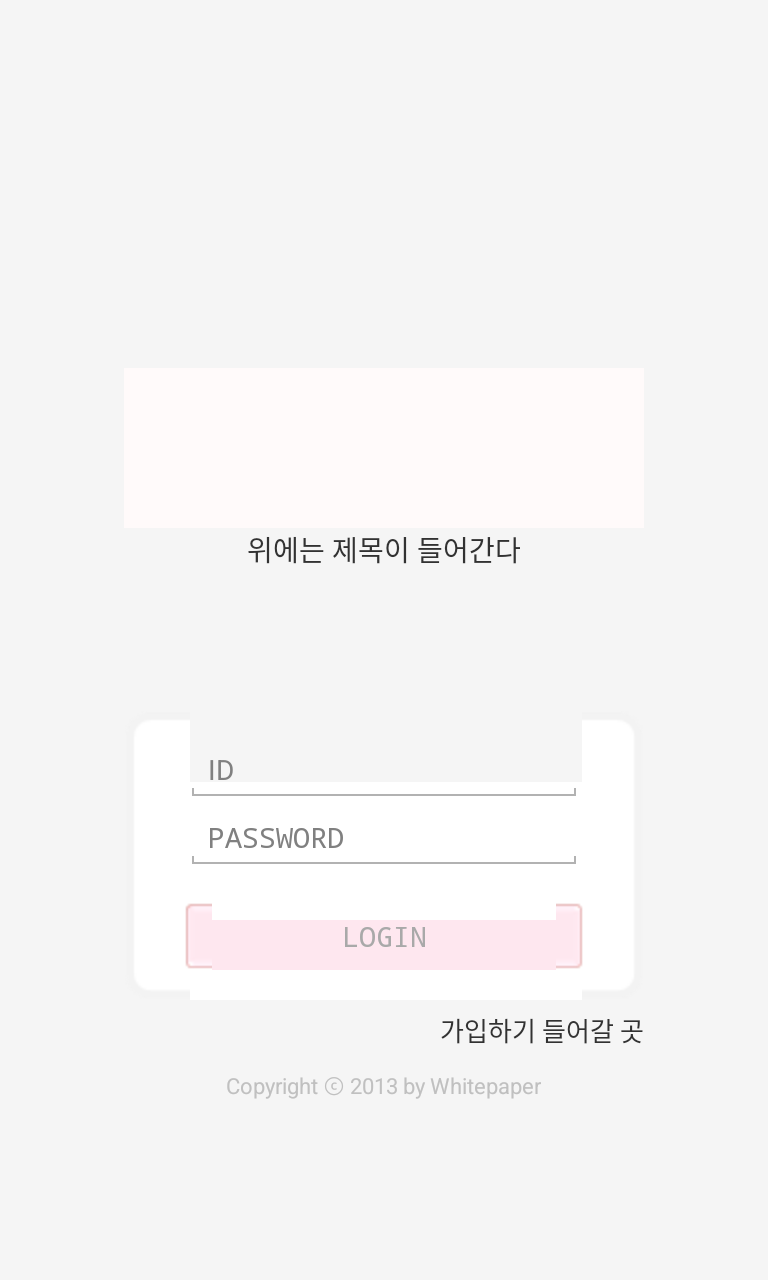
Repository: blacky512/smart_morning_call
Layout: client/SmartMorningCall/res/layout/activity_main.xml
An editor plug-in stored every save of this project. The layout is shown before and after the next save, followed by the edit.
It is drawn on a 768 x 1280 px phone screen (xhdpi) without system bars, with theme AppTheme; the app's code is not run.

Above is the layout before, as saved 2013-02-14 15:57:20.

After the next save:
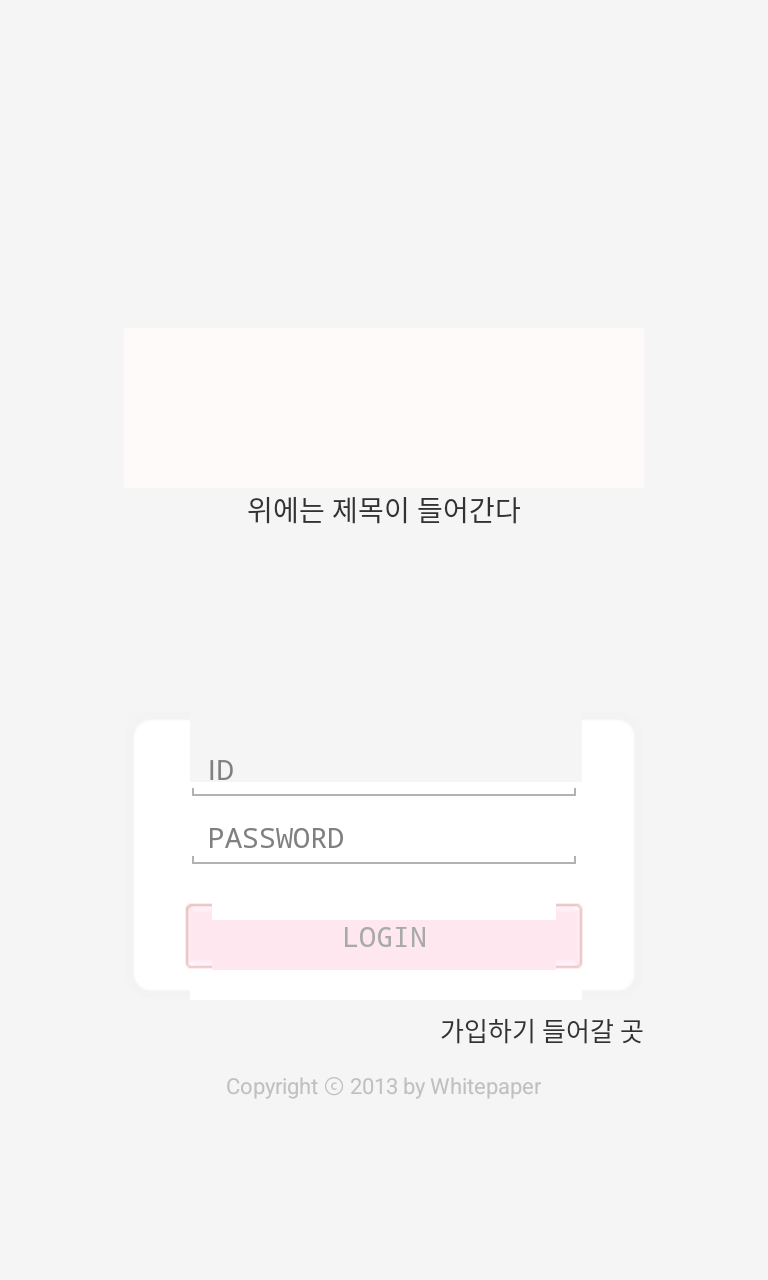
Saved 30 s later.
--- a/client/SmartMorningCall/res/layout/activity_main.xml
+++ b/client/SmartMorningCall/res/layout/activity_main.xml
@@ -48,7 +48,7 @@
                 android:layout_alignParentLeft="true"
                 android:layout_below="@+id/texttitle"
                 android:layout_gravity="bottom"
-                android:layout_marginTop="70dp"
+                android:layout_marginTop="90dp"
                 android:background="@drawable/te"
                 android:orientation="vertical"
                 android:paddingBottom="15dp"
